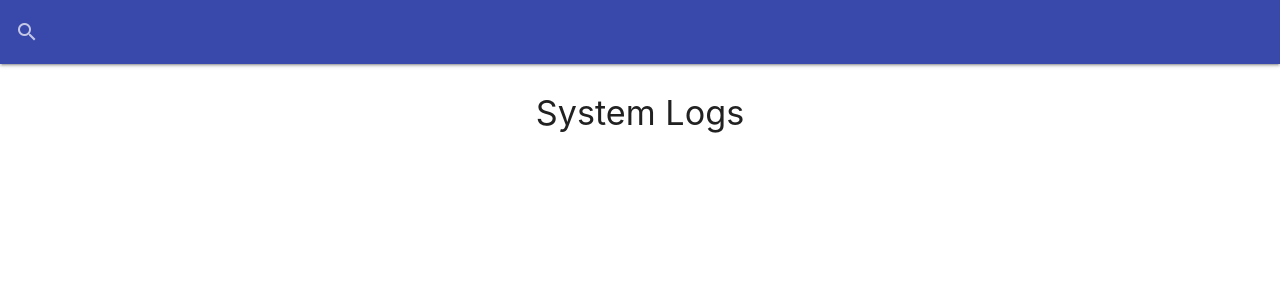
Repository: syedabdulrahim/IT_Logger
Page: /
The author's editor kept a copy of each file at every save. The page is drawn from the files as they stood at one save, then again after the next save.
The browser window is 1280 px wide. The pictures show the whole page.
The project was rebuilt for these pictures with package versions that can differ from the ones it lists, and the page was loaded fresh each time. Requests to the local data server were answered from the project's data file. Also part of the build but not shown: src/App.css.

Above is the page before, as saved 2020-10-29 15:07:27.

After the next save:
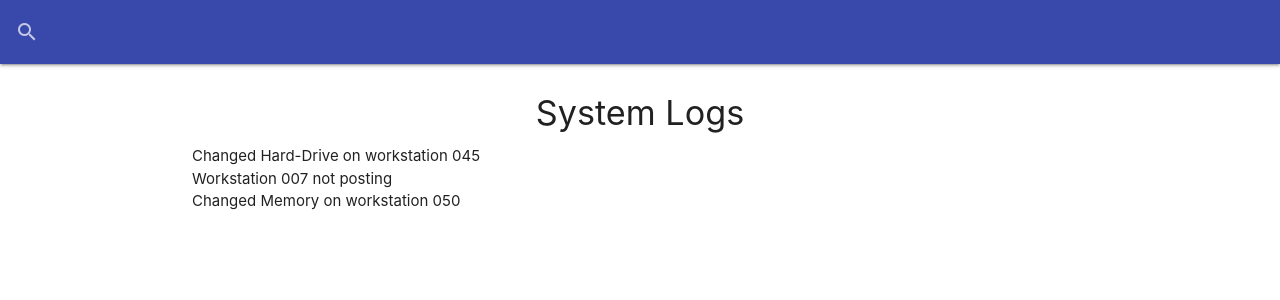
Saved 61 s later.
--- a/src/components/logs/Logs.js
+++ b/src/components/logs/Logs.js
@@ -35,9 +35,7 @@ const Logs = (props) => {
                 </li>
         {!loading&&logs.length==0?(<p className="center">No Logs to show...</p>):
         (
-            logs.map((log)=>{
-                    <li> {log.message}</li>
-            })
+            logs.map((log)=><li> {log.message}</li>)
         )}
             </ul>
 
